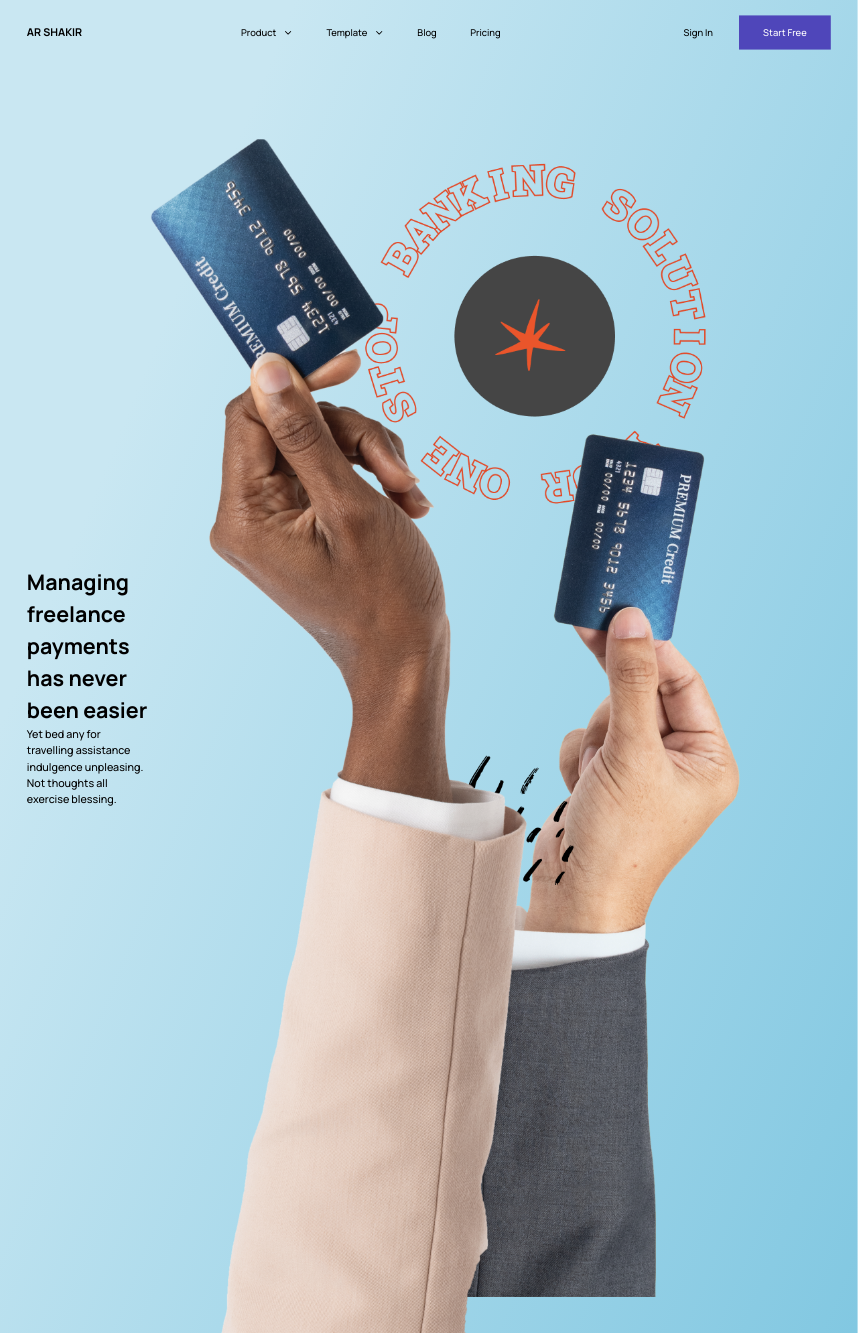
Repository: duongdori/ARShakir
Page: index.html
The author's editor kept a copy of each file at every save. The page is drawn from the files as they stood at one save, then again after the next save.
The browser window is 1280 px wide. The pictures show the whole page, at 67% of full size.

Above is the page before, as saved 2022-04-01 23:04:14.

### index.html
<!DOCTYPE html>
<html lang="en">
<head>
    <meta charset="UTF-8">
    <meta http-equiv="X-UA-Compatible" content="IE=edge">
    <meta name="viewport" content="width=device-width, initial-scale=1.0">
    <title>Document</title>
    <link rel="preconnect" href="https://fonts.googleapis.com">
    <link rel="preconnect" href="https://fonts.gstatic.com" crossorigin>
    <link href="https://fonts.googleapis.com/css2?family=Manrope:wght@400;500;600;700;800&display=swap" rel="stylesheet">

    <link rel="stylesheet" href="./assets/css/main.css">
</head>
<body>
    <div class="wrapper">
        <header class="header">
            <div class="header-top">
                <div class="container">
                    <div class="header-logo">AR Shakir</div>
                    <ul class="header-menu">
                        <li class="header-menu-item">
                            <a href="#" class="header-menu-item-link">Product</a>
                            <a href="#" class="header-menu-item-icon">
                                <ion-icon name="ios-arrow-down"></ion-icon>
                            </a>
                        </li>
                        <li class="header-menu-item">
                            <a href="#" class="header-menu-item-link">Template</a>
                            <a href="#" class="header-menu-item-icon">
                                <ion-icon name="ios-arrow-down"></ion-icon>
                            </a>
                        </li>
                        <li class="header-menu-item">
                            <a href="#" class="header-menu-item-link">Blog</a>
                        </li>
                        <li class="header-menu-item">
                            <a href="#" class="header-menu-item-link">Pricing</a>
                        </li>
                    </ul>
                    <div class="header-login">
                        <a href="#" class="header-login-signin">Sign In</a>
                        <a href="#" class="header-login-startfree">Start Free</a>
                    </div>
                </div>
            </div>
            <div class="container">
                <div class="header-main">
                    <div class="header-content">
                        <h1 class="header-content-heading">
                            Managing freelance payments has never been easier
                        </h1>
                        <p class="header-content-desc">
                            Yet bed any for travelling assistance indulgence unpleasing. Not thoughts all exercise blessing.
                        </p>
                    </div>
                    <img src="./assets/images/img1.png" alt="">
                </div>
            </div>
        </header>
    </div>
</body>
<script  src = "https://unpkg.com/ionicons@4.5.10-0/dist/ionicons.js" > </script >
</html>

### assets/css/main.css
*, *::before, *::after {
  box-sizing: border-box;
}
* {
  margin: 0;
}

html, body {
  height: 100%;
}
body {
  line-height: 1.5;
  -webkit-font-smoothing: antialiased;
  -webkit-tap-highlight-color: rgba(0,0,0,0);
}

img, picture, video, canvas, svg {
  display: block;
  max-width: 100%;
}
input, button, textarea, select {
  font: inherit;
  outline: none;
  border: none;
}
p, h1, h2, h3, h4, h5, h6 {
  overflow-wrap: break-word;
}

:root {
    --primary-font: "Manrope";
    --primary-text-color: #000;
}
body {
    font-family: var(--primary-font);
    font-weight: 500;
}

.wrapper {
    max-width: 1440px;
    margin: 0 auto;
}

.container {
    max-width: 1200px;
    margin: 0 auto;
}

.header{
    background: linear-gradient(292.12deg, #62BADA -35.02%, #C9E7F2 78.96%);
}

.header-top{
    padding-top: 38px;
}

.header-top .container {
    display:flex;
    justify-content: space-between;
    align-items: center;
}

.header-logo{
    font-weight: 700;
    font-style: 20px;
    line-height: calc(25 / 20);
    text-transform: uppercase;
    color: var(--primary-text-color);
}

.header-menu{
    display:flex;
    align-items: center;
    list-style: none;
    font-weight: 500;
    font-size: 14px;
    line-height: calc(19 / 14);
    padding: 0;
    margin-left: -50px;

}

.header-menu-item{
    margin-left: 50px;
}

.header-menu-item-link{
    color: var(--primary-text-color);
    text-decoration: none;

}

.header-menu-item-icon {
    color: var(--primary-text-color);
    margin-left: 8px;
    display: inline;
    top: 2px;
    position: relative;
}

.header-login{
    font-size: 14px;
    line-height: calc(19 / 14);
}

.header-login-signin{
    color: var(--primary-text-color);
    text-decoration: none;
    padding: 16px 36px;

}

.header-login-startfree{
    color: #fff;
    text-decoration: none;
    background-color: #4F46BA;
    padding: 16px 36px;

}


.header-main {
    display:flex;
    justify-content: space-between;
    align-items: center;
}

.header-content {
    max-width: 646px;
    width: 100%;
}

After the next save:
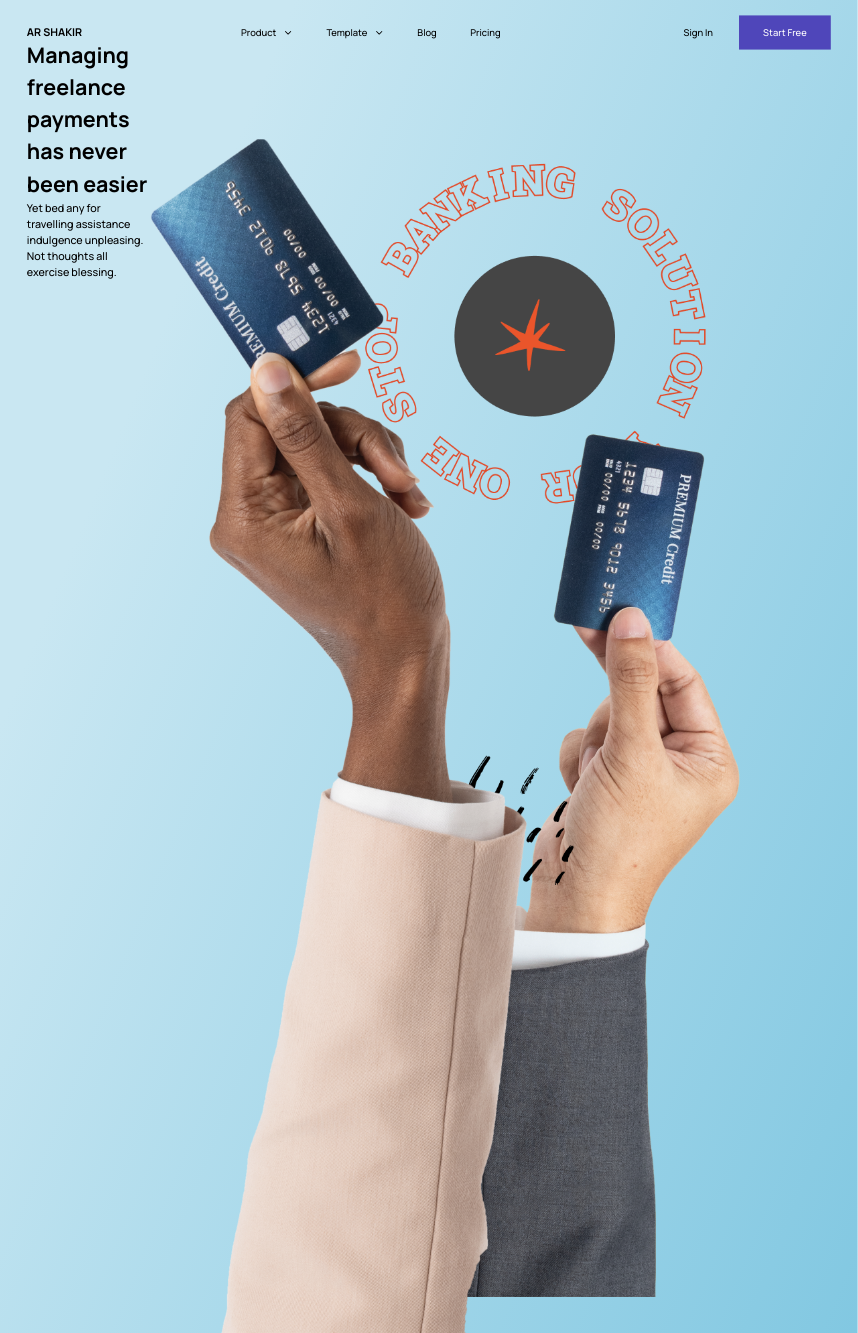
Saved 18 s later.
--- a/assets/css/main.css
+++ b/assets/css/main.css
@@ -121,8 +121,7 @@ body {
 
 .header-main {
     display:flex;
-    justify-content: space-between;
-    align-items: center;
+
 }
 
 .header-content {
